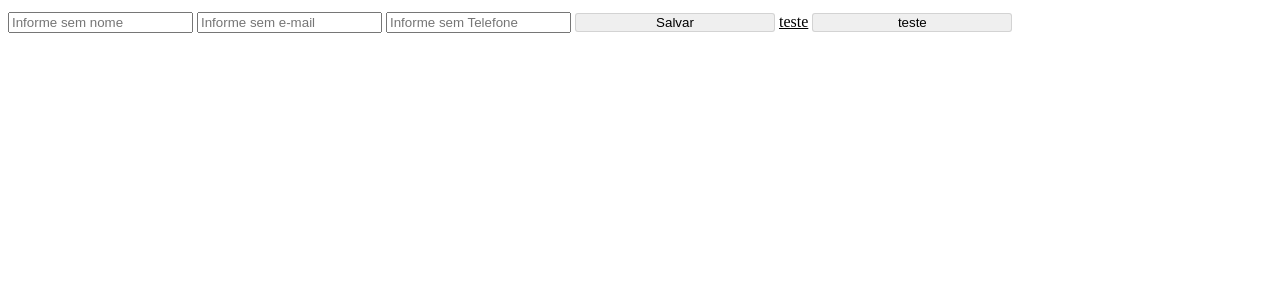
Repository: toniferreirasantos/teste-web
Page: index.html
The author's editor kept a copy of each file at every save. The page is drawn from the files as they stood at one save, then again after the next save.
The browser window is 1280 px wide. The pictures show the whole page.

Above is the page before, as saved 2025-09-16 19:37:21.

### index.html
<!DOCTYPE html>
<html lang="en">
<head>
    <meta charset="UTF-8">
    <meta name="viewport" content="width=device-width, initial-scale=1.0">
    <title>Projeto Teste</title>

    <link rel="icon" type="image/png" href="https://cdn-icons-png.flaticon.com/512/154/154858.png">

    <!-- <link href="https://cdn.jsdelivr.net/npm/bootstrap@5.3.8/dist/css/bootstrap.min.css" rel="stylesheet" integrity="sha384-sRIl4kxILFvY47J16cr9ZwB07vP4J8+LH7qKQnuqkuIAvNWLzeN8tE5YBujZqJLB" crossorigin="anonymous"> -->
    <link rel="stylesheet" href="assets/css/estilo.css">
</head>
<body>

    <input class="campo-entrada" type="text" name="nome_cliente" placeholder="Informe sem nome">
    <input class="campo-entrada" type="text" name="email_cliente" placeholder="Informe sem e-mail">
    <input class="campo-entrada" type="text" name="telefone_cliente" placeholder="Informe sem Telefone">

    <button type="button">
        Salvar
    </button>

    <a href="http://">teste</a>

    <button>teste</button>

</body>
</html>

### assets/css/estilo.css
* {

    color: #000;
}

button {
    width: 200px;
    border: 1px solid #cccc;
    border-radius: 3px;
    margin-top: 5px;
}

After the next save:
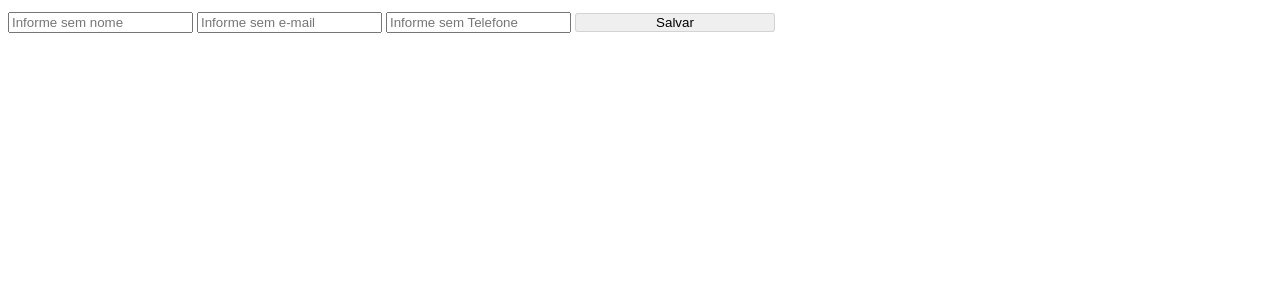
Saved 19 s later.
--- a/index.html
+++ b/index.html
@@ -20,9 +20,6 @@
         Salvar
     </button>
 
-    <a href="http://">teste</a>
-
-    <button>teste</button>
 
 </body>
 </html>
